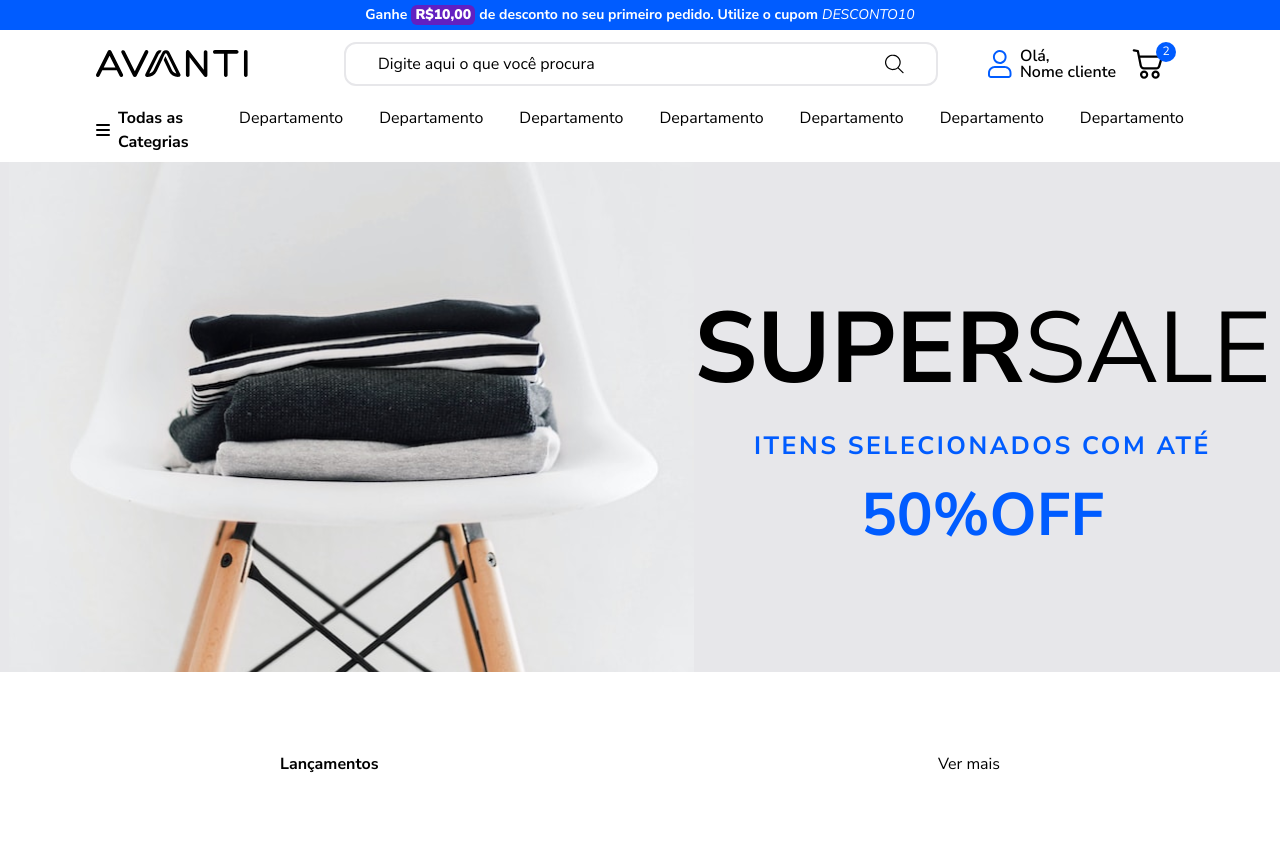
Repository: chidekina/avanti-01
Page: index.html
An editor plug-in stored every save of this project. The page is shown before and after the next save, followed by the edit.
The browser window is 1280 px wide. The pictures show the whole page.

Above is the page before, as saved 2025-04-04 14:44:40.

### index.html
<!DOCTYPE html>
<html lang="en">
  <head>
    <meta charset="UTF-8" />
    <meta name="viewport" content="width=device-width, initial-scale=1.0" />
    <script src="https://cdn.jsdelivr.net/npm/@tailwindcss/browser@4"></script>
    <link rel="preconnect" href="https://fonts.googleapis.com" />
    <link rel="preconnect" href="https://fonts.gstatic.com" crossorigin />
    <link href="https://fonts.googleapis.com/css2?family=Nunito+Sans:ital,opsz,wght@0,6..12,200..1000;1,6..12,200..1000&family=Nunito:ital,wght@0,200..1000;1,200..1000&display=swap" rel="stylesheet" />
    <link rel="stylesheet" href="style.css" />
    <title>Avanti</title>
  </head>
  <body>
    <header class="mb-2">
      <h1 class="flex justify-center items-center bg-(--primary-color) text-white text-sm h-[30px] font-bold">
        Ganhe
        <b class="flex justify-center mx-1 bg-[#6220C1] heigth-[16px] w-[64px] rounded-md">R$10,00</b>
        de desconto no seu primeiro pedido. Utilize o cupom
        <i class="font-normal ml-1">DESCONTO10</i>
      </h1>
      <div class="mt-3 mb-5 px-24 flex justify-between w-full">
        <div class="flex gap-24">
          <img src="./assets/logo.svg" alt="Avanti Logo" class="w-[152px]" />
          <label>
            <div class="flex justify-between py-2 border-2 border-solid border-(--bg-color) px-8 rounded-xl cursor-text w-[594px]">
              <input type="text" placeholder="Digite aqui o que você procura" class="placeholder-black outline-none focus:placeholder-transparent w-1/2" />
              <img src="./assets/search.svg" />
            </div>
          </label>
        </div>
        <div class="flex gap-4">
          <div class="flex gap-2 items-center">
            <img src="./assets/user.svg" alt="icone do usuario" class="w-[24px]" />
            <h6 class="leading-none font-semibold">
              Olá,<br />
              Nome cliente
            </h6>
          </div>
          <div class="flex">
            <img src="./assets/cart.svg" alt="imagem de um carrinho de compras" class="w-[32px]" />
            <div class="relative bg-(--primary-color) w-[20px] h-[20px] text-center text-white text-[12px] rounded-full right-2">2</div>
          </div>
        </div>
      </div>
      <div class="flex px-24 w-full">
        <ul class="flex gap-9">
          <a href="#">
            <div class="flex gap-2">
              <img src="./assets/menu-hamburger.svg" alt="menu hamburguer" />
              <h5 class="font-bold">Todas as Categrias</h5>
            </div>
          </a>
          <a href="#"> Departamento </a>
          <a href="#"> Departamento </a>
          <a href="#"> Departamento </a>
          <a href="#"> Departamento </a>
          <a href="#"> Departamento </a>
          <a href="#"> Departamento </a>
          <a href="#"> Departamento </a>
        </ul>
      </div>
    </header>
    <main>
      <section class="flex justify-center items-center w-full height-[510px] bg-(--bg-color) font-(--font-secondary)">
        <img src="./assets/chair.svg" alt="Foto de uma cadeira com roupas dobradas em cima" />
        <div class="flex flex-col gap-1 text-center">
          <h1 class="text-[100px]"><b>SUPER</b>SALE</h1>
          <h4 class="text-[25px] text-(--primary-color) font-bold tracking-widest">ITENS SELECIONADOS COM ATÉ</h4>
          <h4 class="text-[60px] text-(--primary-color) font-bold">50%OFF</h4>
        </div>
      </section>
      <section class="py-[80px] px-[280px]">
        <div>
          <div class="flex justify-between">
            <h3 class="font-bold font-[20px]">Lançamentos</h3>
            <h4>Ver mais</h4>
          </div>
        </div>
      </section>
    </main>
  </body>
</html>

### style.css
:root {
    font-family: "Nunito Sans", sans-serif;
    --primary-color: #005CFF;
    --bg-color: #E7E7EA;
    --font-secondary: "Nunito", sans-serif;
}

After the next save:
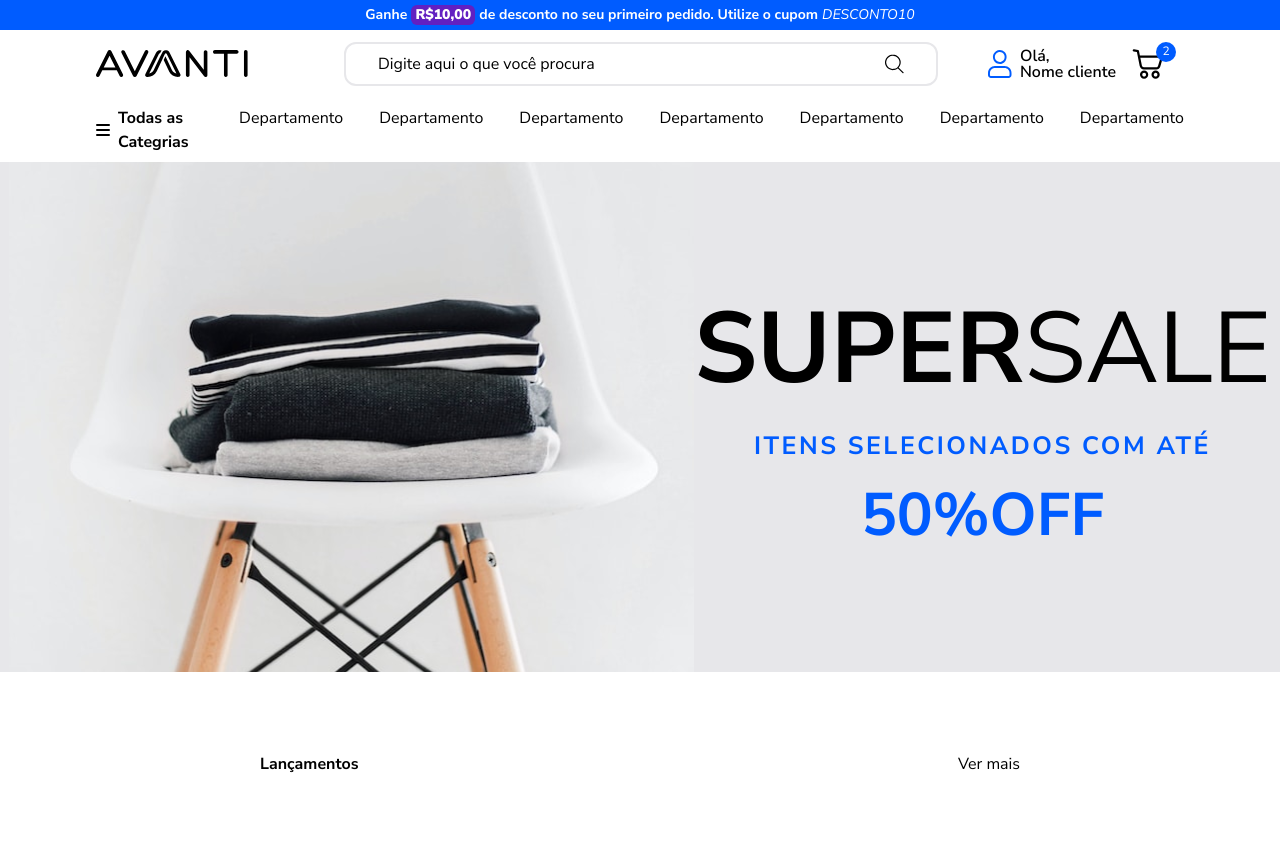
Saved 8 s later.
--- a/index.html
+++ b/index.html
@@ -69,7 +69,7 @@
           <h4 class="text-[60px] text-(--primary-color) font-bold">50%OFF</h4>
         </div>
       </section>
-      <section class="py-[80px] px-[280px]">
+      <section class="py-[80px] px-[260px]">
         <div>
           <div class="flex justify-between">
             <h3 class="font-bold font-[20px]">Lançamentos</h3>
